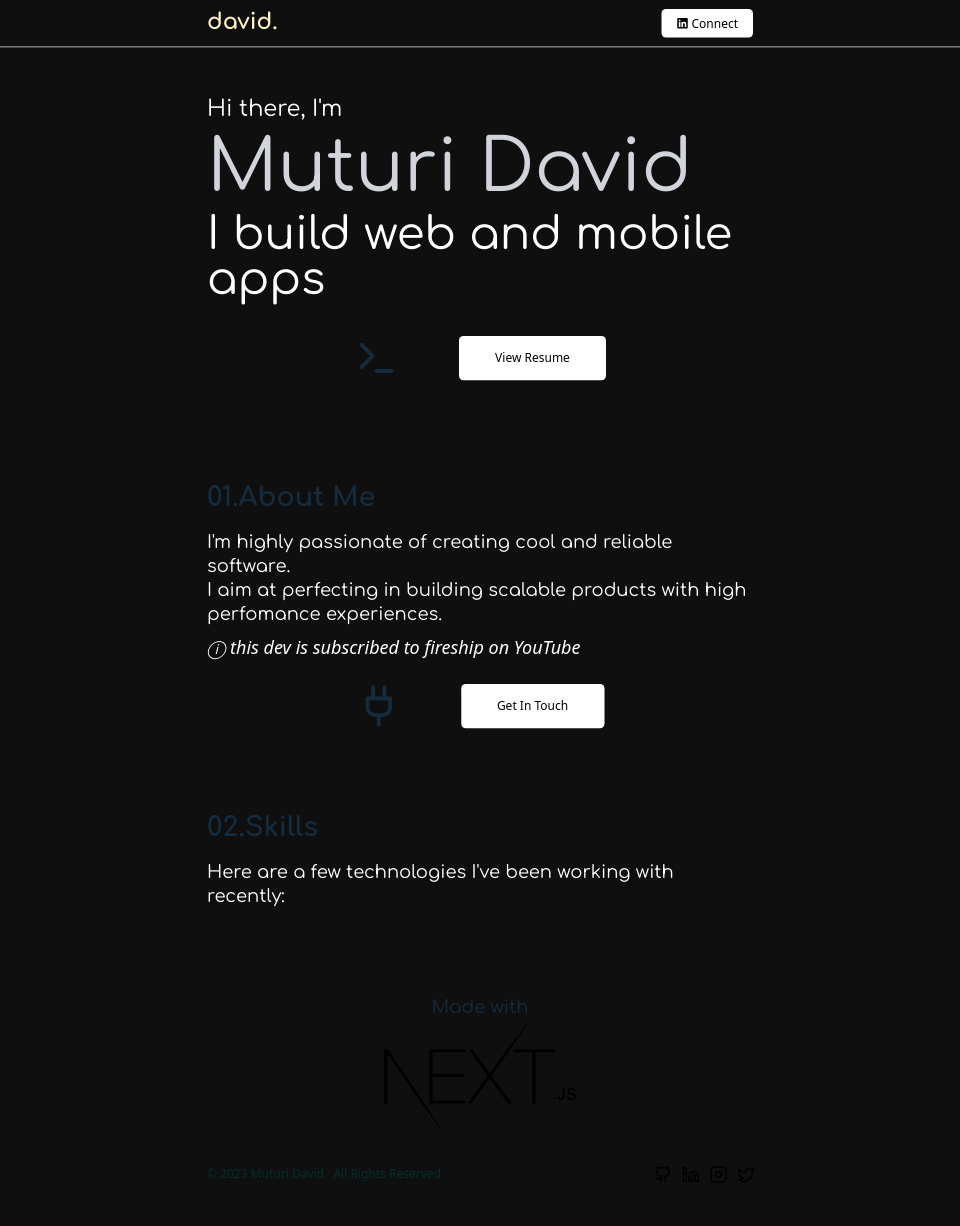
Repository: tushcmd/tushdev-portfolio
Page: /
These files come from the project's save history. The page is drawn as it stood at one moment and after the next save; the edit follows.
The browser window is 1280 px wide. The pictures show the whole page, at 75% of full size.
The project was rebuilt for these pictures with package versions that can differ from the ones it lists, and the page was loaded fresh each time. The framework's server and built-in components were replaced by stand-ins that run in the browser. Also part of the build but not shown: next.config.js.

Above is the page before, as saved 2023-12-16 00:47:16.

After the next save:
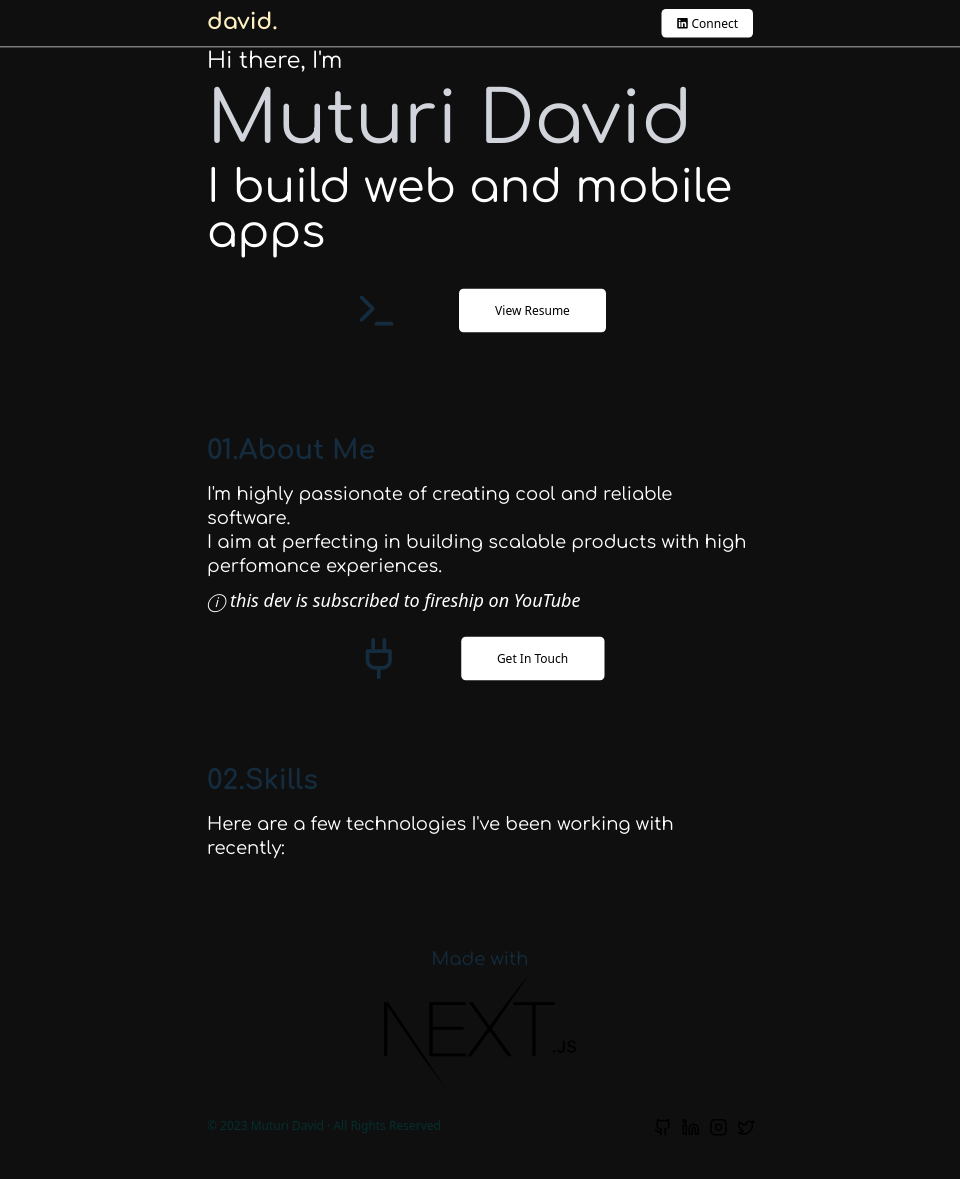
Saved 2 min 29 s later.
--- a/app/ui/nav.tsx
+++ b/app/ui/nav.tsx
@@ -11,11 +11,9 @@ export default function Navbar() {
 
       if (header && window.scrollY > 250) {
         header.classList.add('border-b');
-        header.classList.add('fixed');
         header.classList.add('shadow-after-3');
       } else if (header) {
         header.classList.remove('borderClass');
-        header.classList.remove('fixed');
         header.classList.remove('shadow-after-3');
       }
     };
@@ -28,7 +26,7 @@ export default function Navbar() {
   }, []);
 
   return (
-    <header id='header' className='flex justify-center items-center w-full z-9999 t-0 bg-primary'>
+    <header id='header' className='fixed flex justify-center items-center w-full z-9999 t-0 bg-primary'>
       <div className='flex items-start md:max-w-3xl py-3 w-full md:px-5 px-5 justify-between'>
         <Link
           href='/'
